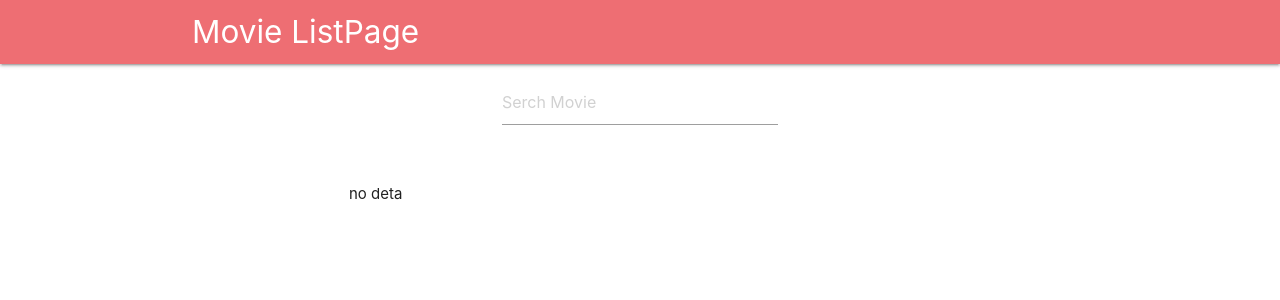
Repository: Reiya-1003/React-Ts-Node-App
Page: /
These files come from the project's save history. The page is drawn as it stood at one moment and after the next save; the edit follows.
The browser window is 1280 px wide. The pictures show the whole page.
The project was rebuilt for these pictures with package versions that can differ from the ones it lists, and the page was loaded fresh each time.

Above is the page before, as saved 2021-11-15 15:13:49.

### public/index.html
<!DOCTYPE html>
<html lang="en">
  <head>
    <meta charset="utf-8" />
    <link rel="icon" href="%PUBLIC_URL%/favicon.ico" />
    <meta name="viewport" content="width=device-width, initial-scale=1" />
    <meta name="theme-color" content="#000000" />
    <meta
      name="description"
      content="Web site created using create-react-app"
    />
    <link rel="apple-touch-icon" href="%PUBLIC_URL%/logo192.png" />
    <!--
      manifest.json provides metadata used when your web app is installed on a
      user's mobile device or desktop. See https://developers.google.com/web/fundamentals/web-app-manifest/
    -->
    <link rel="manifest" href="%PUBLIC_URL%/manifest.json" />
    <link
      rel="stylesheet"
      href="https://cdnjs.cloudflare.com/ajax/libs/materialize/1.0.0/css/materialize.min.css"
    />
    <!--
      Notice the use of %PUBLIC_URL% in the tags above.
      It will be replaced with the URL of the `public` folder during the build.
      Only files inside the `public` folder can be referenced from the HTML.

      Unlike "/favicon.ico" or "favicon.ico", "%PUBLIC_URL%/favicon.ico" will
      work correctly both with client-side routing and a non-root public URL.
      Learn how to configure a non-root public URL by running `npm run build`.
    -->
    <title>React App</title>
  </head>
  <body>
    <noscript>You need to enable JavaScript to run this app.</noscript>
    <div id="root"></div>
    <!--
      This HTML file is a template.
      If you open it directly in the browser, you will see an empty page.

      You can add webfonts, meta tags, or analytics to this file.
      The build step will place the bundled scripts into the <body> tag.

      To begin the development, run `npm start` or `yarn start`.
      To create a production bundle, use `npm run build` or `yarn build`.
    -->
  </body>
</html>

### src/index.tsx
import React from "react";
import ReactDOM from "react-dom";

import App from "./components/App";
import reportWebVitals from "./reportWebVitals";

ReactDOM.render(
  <React.StrictMode>
    <App />
  </React.StrictMode>,
  document.getElementById("root")
);

// If you want to start measuring performance in your app, pass a function
// to log results (for example: reportWebVitals(console.log))
// or send to an analytics endpoint. Learn more: https://bit.ly/CRA-vitals
reportWebVitals();

### src/components/App.tsx
import React, { createContext, useState } from "react";
import Nav from "./Nav";
import Seathbox from "./Searthbox";
import Movielist from "./MovieList";

export const MovieContext = createContext<any>([]);
export const SerchContext = createContext<any>("");

const App = () => {
  const [movies, setMovies] = useState<any>([]);
  const [searchTerm, setSearchterm] = useState<any>("");

  return (
    <div className="App">
      <MovieContext.Provider value={movies}>
        <SerchContext.Provider value={searchTerm}>
          <Nav />
          <Seathbox />
        </SerchContext.Provider>
      </MovieContext.Provider>
    </div>
  );
};

export default App;

### src/components/Nav.tsx
import React from "react";

const Nav = () => {
  return (
    <nav>
      <div className=".nav-wrapper container">
        <a href="" className="brand-logo">
          Movie ListPage
        </a>
      </div>
    </nav>
  );
};

export default Nav;

### src/components/Searthbox.tsx
import React, { useContext, useState } from "react";
import { MovieContext, SerchContext } from "./App";

type Props = {
  onClick: (event: React.MouseEvent<HTMLInputElement>) => void;
  onChange: (event: React.ChangeEvent<HTMLInputElement>) => void;
  onkeypress: (event: React.KeyboardEvent<HTMLInputElement>) => void;
  onBlur: (event: React.FocusEvent<HTMLInputElement>) => void;
  onFocus: (event: React.FocusEvent<HTMLInputElement>) => void;
  onSubmit: (event: React.FormEvent<HTMLFormElement>) => void;
  handleSubmit: React.FormEvent<HTMLFormElement>;
  onClickDiv: (event: React.MouseEvent<HTMLDivElement, MouseEvent>) => void;
};

const Searthbox = () => {
  let Movie = useContext(MovieContext);
  const Search = useContext(SerchContext);
  console.log(Movie);
  console.log(Search);
  const [movies, setMovies] = useState<any>({});
  const [searchTerm, setSearchterm] = useState<string>();

  const handleSubmit = (e: React.FormEvent<HTMLFormElement>) => {
    e.preventDefault();

    fetch(
      `https://api.themoviedb.org/3/search/movie?api_key=78eb03987f34d05d918381d81d8257fe&language=ja-JA&page=1&query=${searchTerm}`
    )
      .then((data) => data.json())
      .then((data) => {
        console.log(data);
        const newResult = data.results;
        setMovies(newResult);
        console.log(movies);
        Movie.shift();
        Movie.push(movies);
      });
  };
  const handleChange = (e: string | any) => {
    const newSerch = e.target.value;
    setSearchterm(newSerch);
    console.log(searchTerm);
  };

  return (
    <div className="container">
      <div className="row">
        <section className="col s4 offset-s4">
          <form action="" onSubmit={handleSubmit}>
            <div className="input-field">
              <input
                placeholder="Serch Movie"
                type="text"
                onChange={handleChange}
              />
            </div>
          </form>
        </section>
      </div>

      <div className="container">
        <div className="row">
          <div className="col s12">
            <div className="col s12 m6 l3">
              {Movie.length === 0 ? (
                <p>no deta</p>
              ) : (
                movies.map((list: any, i: any) => {
                  return <p key={i}>{list.title}</p>;
                })
              )}

              <div className="card">
                <div className="card-image waves-effect waves-block waveslight"></div>
              </div>
            </div>
          </div>
        </div>
      </div>
    </div>
  );
};

export default Searthbox;

Loaded but not shown: src/reportWebVitals.ts (common file)

After the next save:
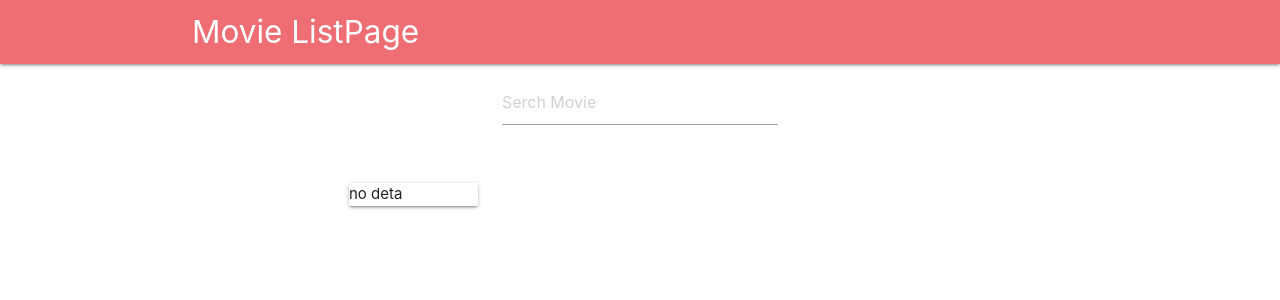
Saved 60 min 45 s later.
--- a/src/components/Searthbox.tsx
+++ b/src/components/Searthbox.tsx
@@ -62,16 +62,14 @@ const Searthbox = () => {
         <div className="row">
           <div className="col s12">
             <div className="col s12 m6 l3">
-              {Movie.length === 0 ? (
-                <p>no deta</p>
-              ) : (
-                movies.map((list: any, i: any) => {
-                  return <p key={i}>{list.title}</p>;
-                })
-              )}
-
               <div className="card">
-                <div className="card-image waves-effect waves-block waveslight"></div>
+                {Movie.length === 0 ? (
+                  <p>no deta</p>
+                ) : (
+                  movies.map((list: any, i: any) => {
+                    return <p key={i}>{list.title}</p>;
+                  })
+                )}
               </div>
             </div>
           </div>
